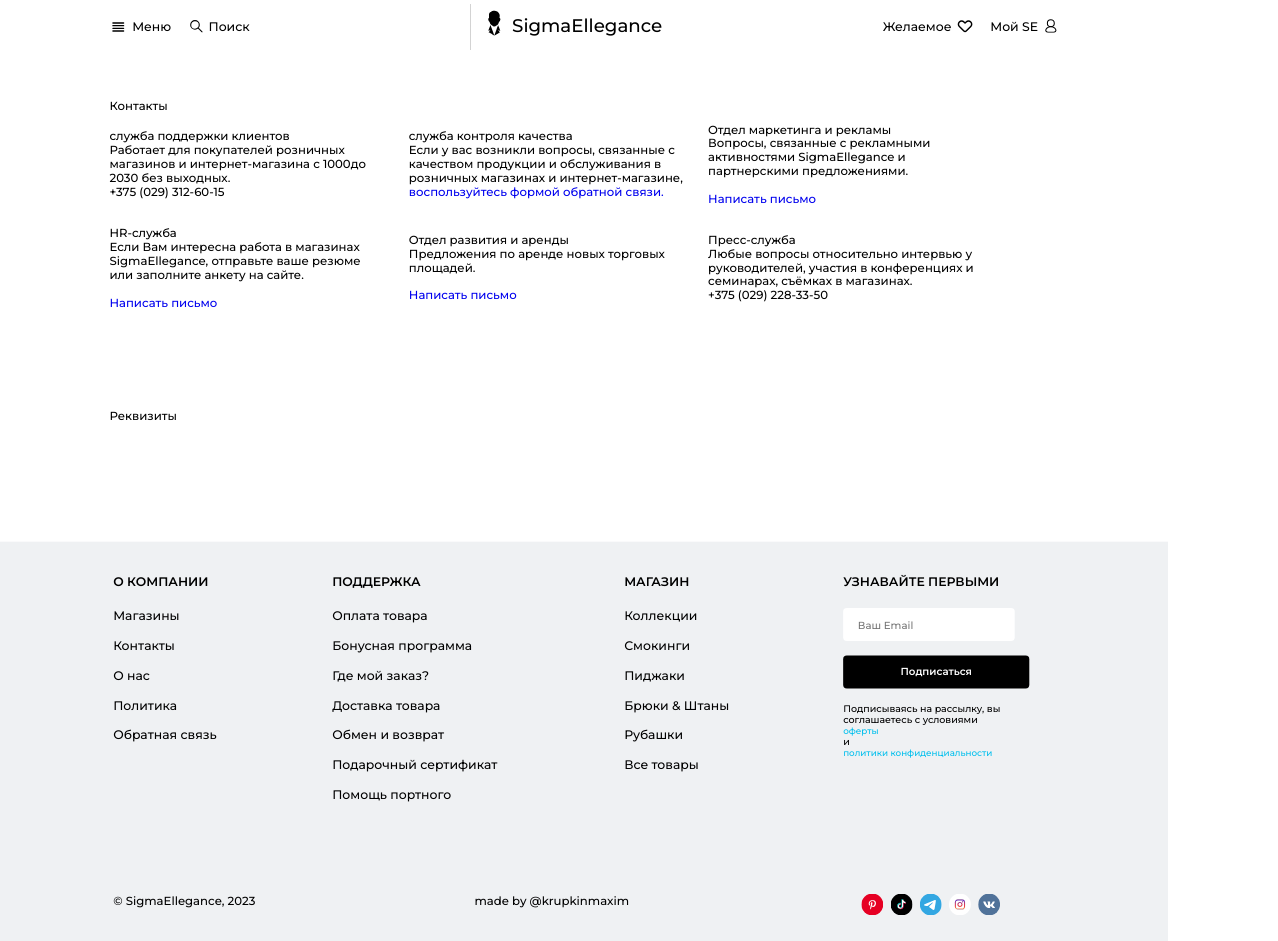
Repository: MaksimKrupkin/SigmaEllegance
Page: /contacts
An editor plug-in stored every save of this project. The page is shown before and after the next save, followed by the edit.
The browser window is 1280 px wide. The page is 1750 px wide, so the pictures cover 1750 px, including what lies to the right of the window. The pictures show the whole page, at 73% of full size.
Some web fonts or font styles are not loaded; a fallback is used. The project was rebuilt for these pictures with package versions that can differ from the ones it lists, and the page was loaded fresh each time. Also part of the build but not shown: src/Components/SideBar/SideBar.module.css, src/Components/SideBar/SideBar.jsx, src/Pages/HomePage.module.css, src/Components/SliderWrapper/SliderWrapper.module.css, src/Components/SliderCard/SliderCard.module.css, src/Components/SliderCard/SliderCard.jsx, src/Components/LeftArrow/LeftArrow.module.css, src/Components/LeftArrow/LeftArrow.jsx and 25 more.

Above is the page before, as saved 2023-12-18 17:13:08.

After the next save:
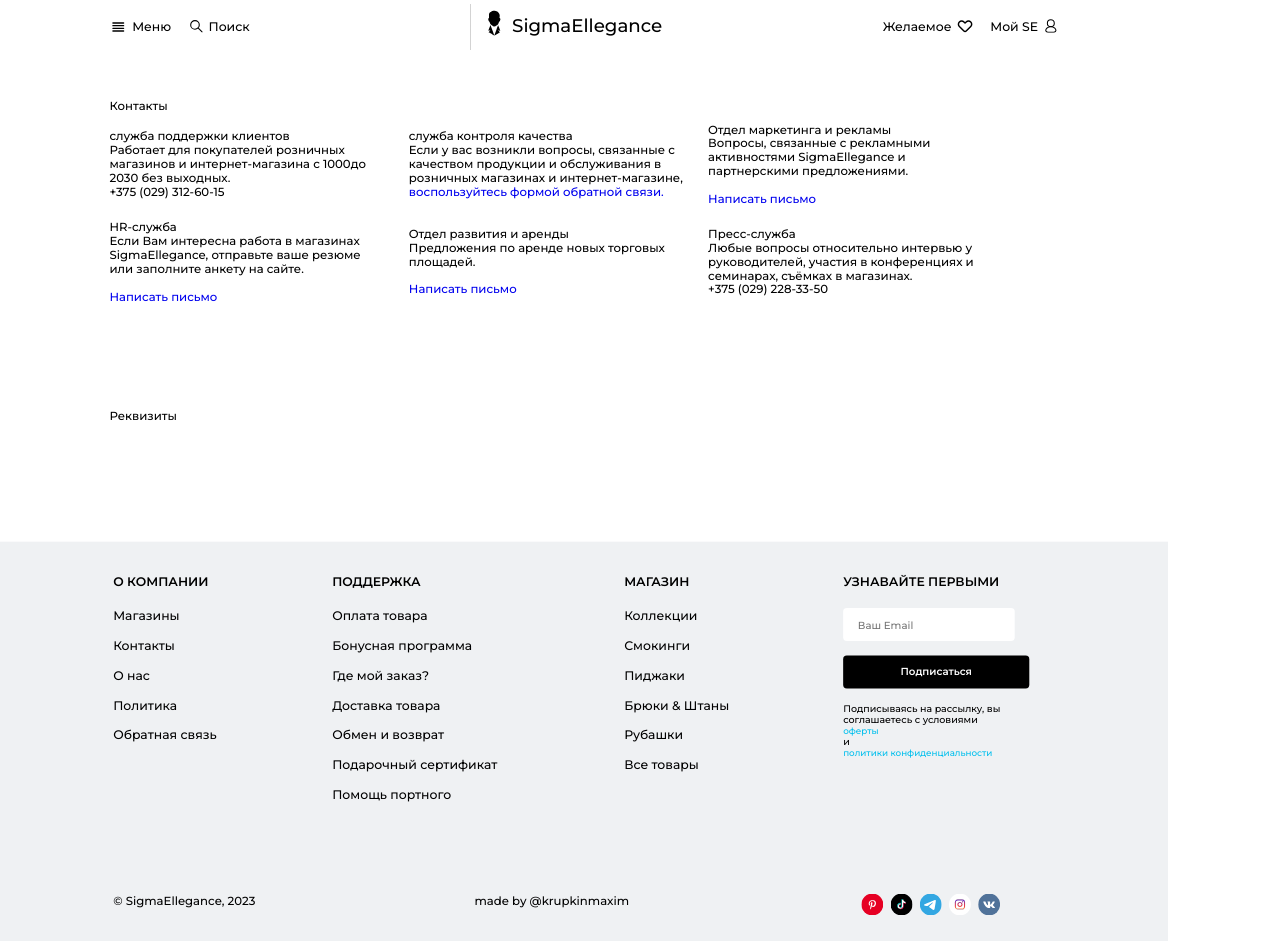
Saved 5 s later.
--- a/src/Pages/Contacts/Contacts.module.css
+++ b/src/Pages/Contacts/Contacts.module.css
@@ -15,7 +15,7 @@
   justify-content: space-between;
   align-items: center;
   flex-wrap: wrap;
-  gap: 28px;
+  gap: 20px;
 }
 .item {
   width: 380px;
